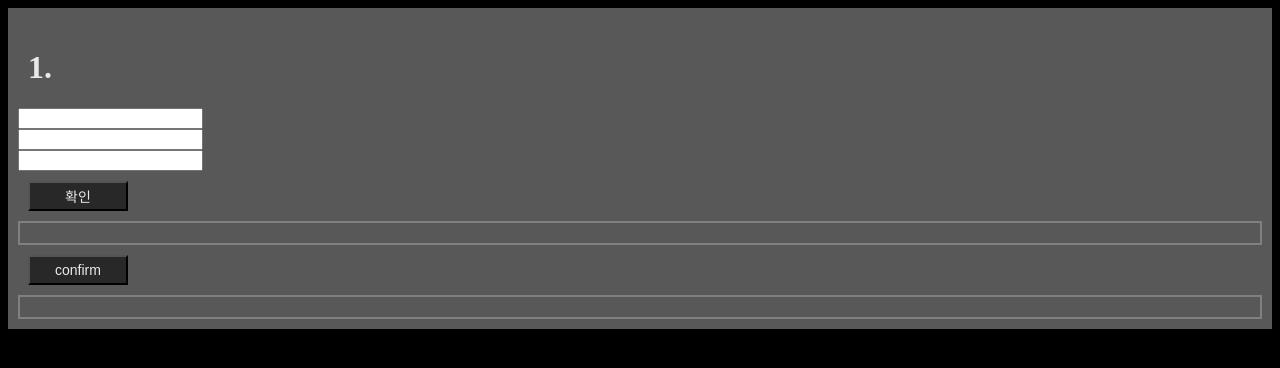
Repository: prawniel99/05_JQuery
Page: workspace/jqpro/WebContent/비동기5_fetch.html/postTest.html
These files come from the project's save history. The page is drawn as it stood at one moment and after the next save; the edit follows.
The browser window is 1280 px wide. The pictures show the whole page.

Above is the page before, as saved 2024-08-23 03:45:41.

### workspace/jqpro/WebContent/비동기5_fetch.html/postTest.html
<!DOCTYPE html>
<html lang="kr">
<head>
    <meta charset="UTF-8">
    <meta name="viewport" content="width=device-width, initial-scale=1.0">
    <title>Document</title>

    <link rel="stylesheet" href="../css/public.css">
    <script src="../js/jquery-3.7.1.js"></script>

	<style>

	</style>

	<script>

	</script>

</head>

<body>

    <div class="box">
        <h1>
			1.
        </h1>

        <form name="ff">
        	<input type="text" name="name" id="name"><br>
        	<input type="text" name="id" id="id"><br>
        	<input type="text" name="email" id="email"><br>
        	<input type="button" value="확인" id="btn1">
        </form>

        <div id="result1"></div>

        <input type="button" value="confirm" onclick="proc1()">
        <div id="result1"></div>

    </div>

</body>
</html>

### workspace/jqpro/WebContent/css/public.css
@charset "UTF-8";

body {
	background-color: black;
	color: rgb(233, 233, 233);
}

pre {
	text-align: left;
	font-weight: bold;
	border-left: none;
	border-right: none;
	border-top: 11px double rgba(120,20,20,1);
	border-bottom: 11px double rgba(120,20,20,1);
	background: rgb(222,222,222);
}

h1 {
	padding-left: 10px;
	padding-top: 10px;
}

h3 {
	margin: 10px;
	margin-bottom: 10px;
}

div {
	border: 2px solid grey;
	padding: 10px;
	/* margin: 10px; */
}

.box {
	border: none;
	/* background-image: linear-gradient(rgba(255,155,155), rgba(155,255,155)); */
	background-color: rgb(88, 88, 88);
	/* margin: 10px; */
	/* padding: 20px; */
}

.box input[type=button] {
	margin: 10px;
	background: rgb(40,40,40);
	color: rgb(233, 233, 233);
	font-size: 14px;
	/* padding: 0; */
	width: 100px;
	height: 30px;
	/* border-radius: 10px; */
}


#res {
	display: flex;
	flex-direction: row;
}

.item {
	flex: 25%;
	margin: 3px;
	padding: 2px;
}

Loaded but not shown: workspace/jqpro/WebContent/js/jquery-3.7.1.js (library)

After the next save:
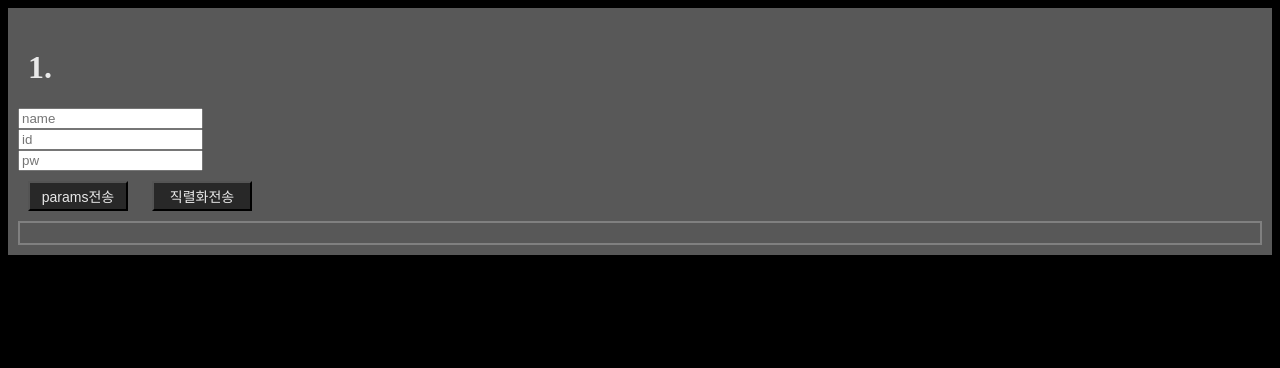
Saved 5 s later.
--- a/workspace/jqpro/WebContent/비동기5_fetch.html/postTest.html
+++ b/workspace/jqpro/WebContent/비동기5_fetch.html/postTest.html
@@ -13,7 +13,19 @@
 	</style>
 
 	<script>
+        const getData = function(url, ph, pb){
 
+            fetch(url, { // jsp에서는 매개변수 하나만 줬는데, post에서는 헤더랑 바디 해야함
+                method: 'post',
+                headers: ph,
+                body: pb
+            })
+            .then(res=>{
+
+            }).then(data=>{
+
+            })
+        }
 	</script>
 
 </head>
@@ -26,15 +38,13 @@
         </h1>
 
         <form name="ff">
-        	<input type="text" name="name" id="name"><br>
-        	<input type="text" name="id" id="id"><br>
-        	<input type="text" name="email" id="email"><br>
-        	<input type="button" value="확인" id="btn1">
+        	<input type="text" placeholder="name" name="name" id="name"><br>
+        	<input type="text" placeholder="id" name="id" id="id"><br>
+        	<input type="text" placeholder="pw" name="email" id="email"><br>
+        	<input type="button" value="params전송" id="btn1">
+        	<input type="button" value="직렬화전송" id="btn2">
         </form>
 
-        <div id="result1"></div>
-
-        <input type="button" value="confirm" onclick="proc1()">
         <div id="result1"></div>
 
     </div>
